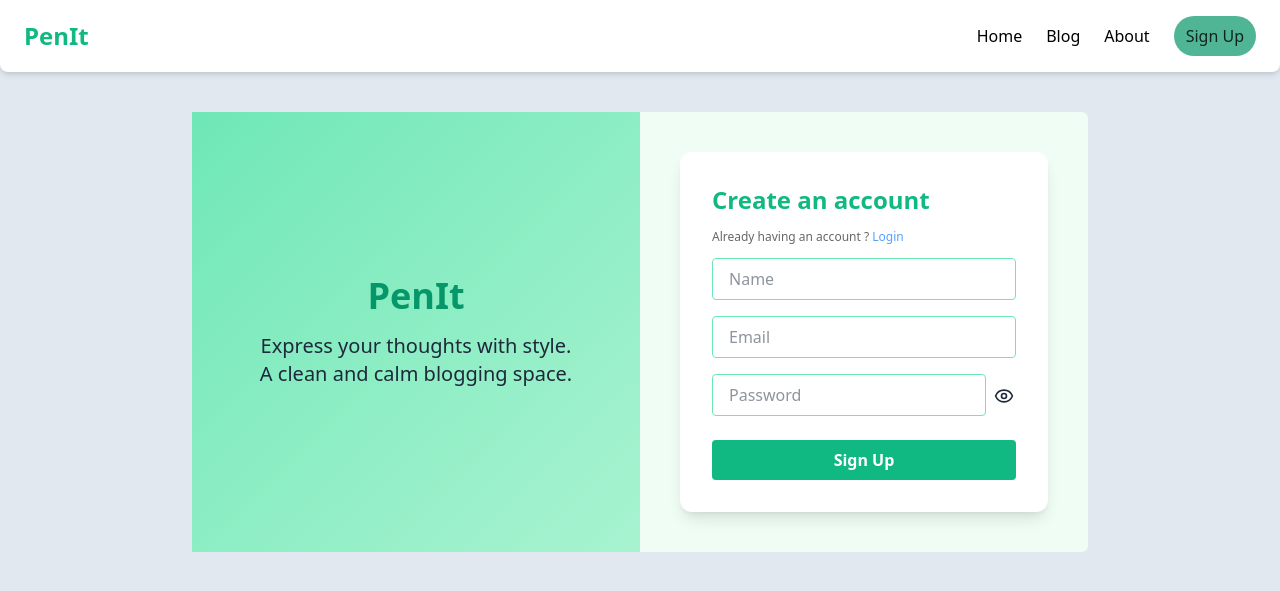
Repository: Mounika-chukkala/PenIt
Page: /signup (app in frontend/)
An editor plug-in stored every save of this project. The page is shown before and after the next save, followed by the edit.
The browser window is 1280 px wide. The pictures show the whole page.
The project was rebuilt for these pictures with package versions that can differ from the ones it lists, and the page was loaded fresh each time. Also part of the build but not shown: frontend/vite.config.js, frontend/src/Pages/Signin.jsx, frontend/src/components/CreateBlog.jsx, frontend/src/Pages/AddBlog.jsx.

Above is the page before, as saved 2025-05-23 14:06:26.

After the next save:
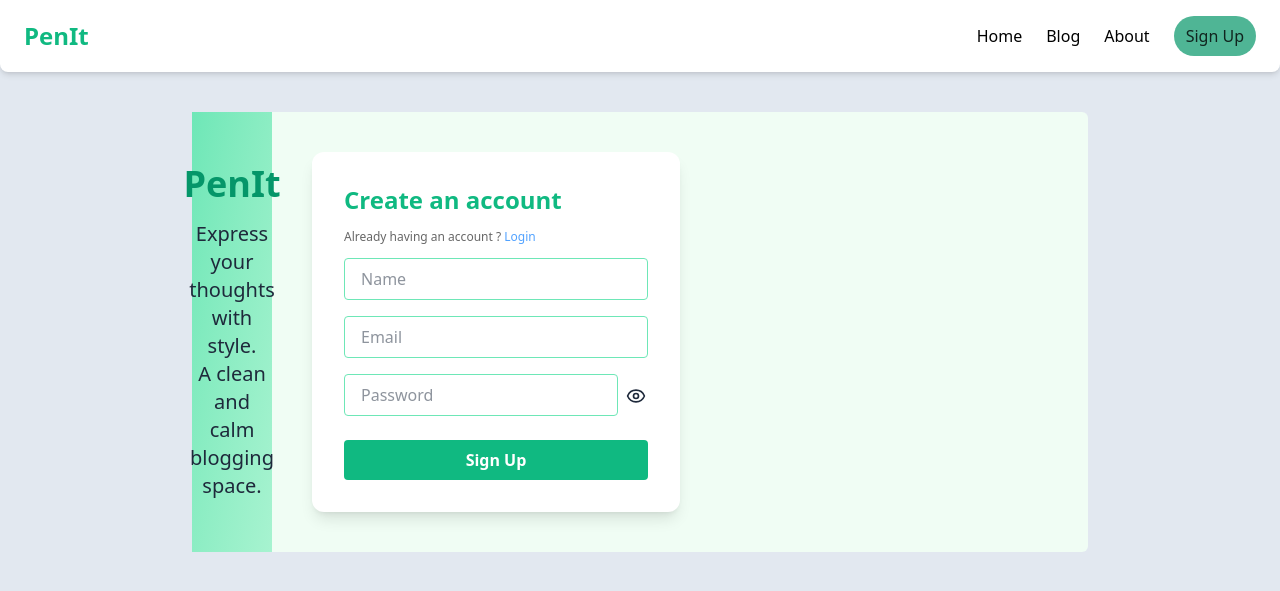
Saved 23 s later.
--- a/frontend/src/Pages/Signup.jsx
+++ b/frontend/src/Pages/Signup.jsx
@@ -35,7 +35,7 @@
   return (
         <div className="max-h-screen max-w-[70%] rounded-md m-auto mt-10 flex bg-[#F0FDF4] text-[#1E293B]">
       {/* Left side visual placeholder */}
-      <div className="w-1/2 w-0-md flex flex-col justify-center items-center p-10 bg-gradient-to-br from-[#6EE7B7] to-[#A7F3D0]">
+      <div className="w-1/2 max-w-0 flex flex-col justify-center items-center p-10 bg-gradient-to-br from-[#6EE7B7] to-[#A7F3D0]">
         <h1 className="text-4xl font-bold text-[#059669] mb-4">PenIt</h1>
         <p className="text-xl text-[#1E293B] text-center">
           Express your thoughts with style.<br /> A clean and calm blogging space.

After the save that followed:
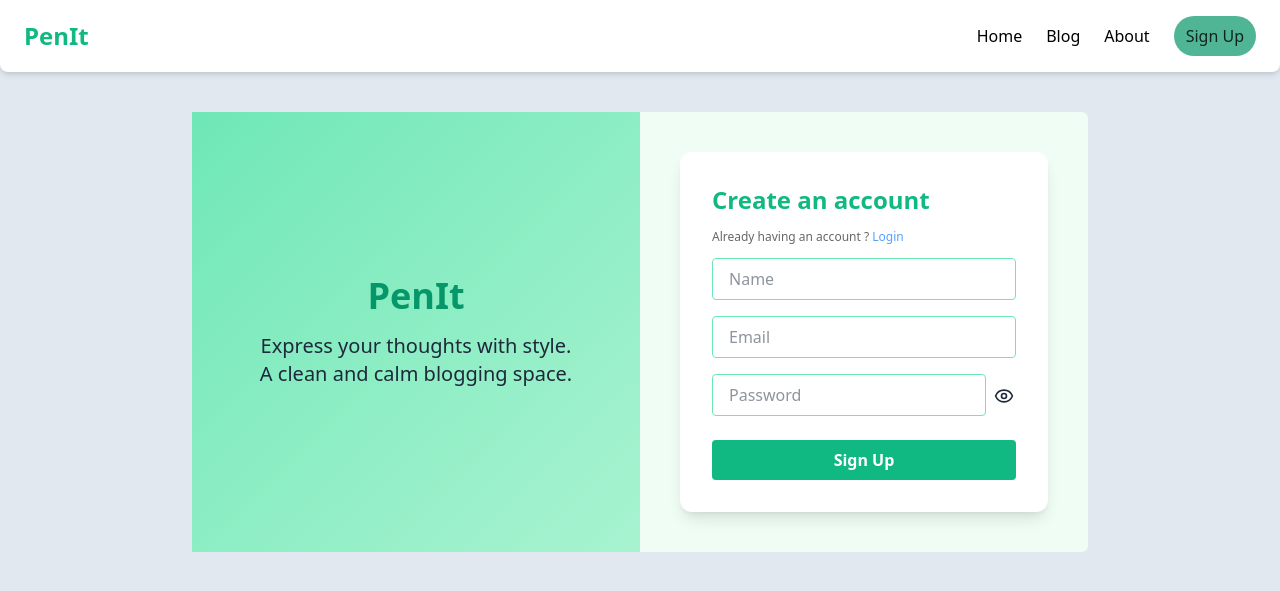
Saved 111 s later.
--- a/frontend/src/Pages/Signup.jsx
+++ b/frontend/src/Pages/Signup.jsx
@@ -35,7 +35,7 @@
   return (
         <div className="max-h-screen max-w-[70%] rounded-md m-auto mt-10 flex bg-[#F0FDF4] text-[#1E293B]">
       {/* Left side visual placeholder */}
-      <div className="w-1/2 max-w-0 flex flex-col justify-center items-center p-10 bg-gradient-to-br from-[#6EE7B7] to-[#A7F3D0]">
+      <div className="hidden md:flex w-1/2  flex flex-col justify-center items-center p-10 bg-gradient-to-br from-[#6EE7B7] to-[#A7F3D0]">
         <h1 className="text-4xl font-bold text-[#059669] mb-4">PenIt</h1>
         <p className="text-xl text-[#1E293B] text-center">
           Express your thoughts with style.<br /> A clean and calm blogging space.
